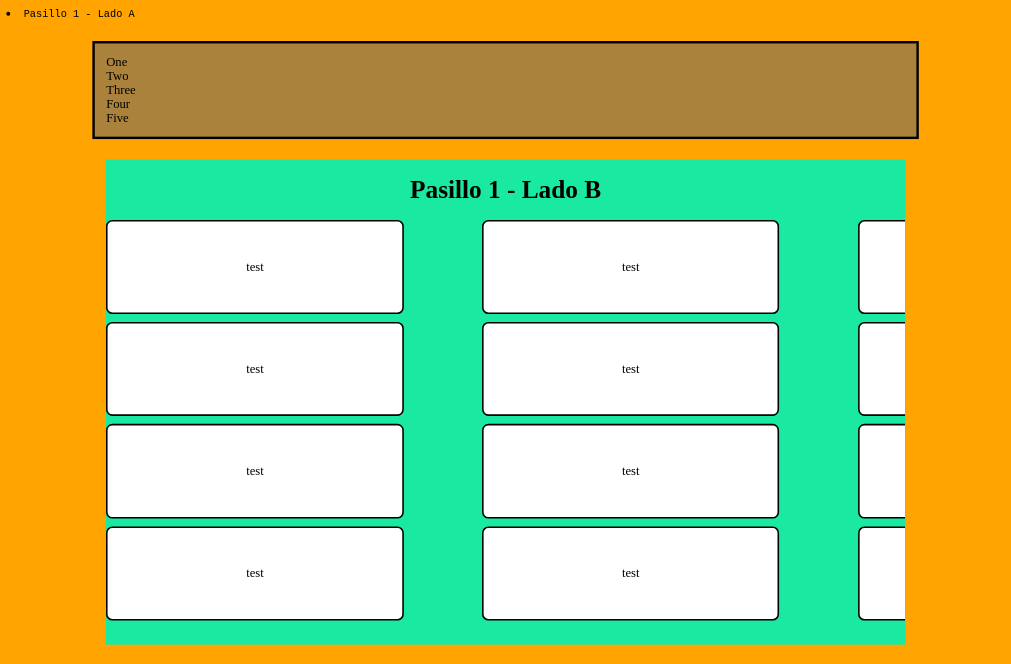
Repository: Franzcod/DepoStock_Web
Page: index.html
These files come from the project's save history. The page is drawn as it stood at one moment and after the next save; the edit follows.
The browser window is 1280 px wide. The pictures show the whole page, at 79% of full size.

Above is the page before, as saved 2020-06-07 02:54:53.
Console error: ReferenceError: ur is not defined

### index.html
<!DOCTYPE html>
<html lang="en">
<head>
    <meta charset="UTF-8">
    <meta name="viewport" content="width=device-width, initial-scale=1.0">
    <title>Deposito Probusol</title>

    <link rel="stylesheet" href="estilo/estilo.css">
</head>
<body>

    <li><code>Pasillo 1 - Lado A</code>
        <div id="div2">
            <div class="wrapper">
                <div class="box1">One</div>
                <div class="box2">Two</div>
                <div class="box3">Three</div>
                <div class="box4">Four</div>
                <div class="box5">Five</div>
            </div>
        </div>
    </li>

    <div class="app">
        <h1>Pasillo 1 - Lado B</h1>

        <ul class="hs">
            <li class="item">test</li>
            <li class="item">test</li>
            <li class="item">test</li>
            <li class="item">test</li>
            <li class="item">test</li>
            <li class="item">test</li>
            <li class="item">test</li>
            <li class="item">test</li>
            <li class="item">test</li>
            <li class="item">test</li>
            <li class="item">test</li>
            <li class="item">test</li>

        </ul>

        <!-- <div class="container">
            <div class="item">
            <h3>Block for context</h3>
            </div>
        </div> -->
    </div>






    <script>ur</script>

</body>







</html>

### estilo/estilo.css
html{
    background-color: rgba(255, 164, 0, 1);
}

#div2 {
    border: 3px solid black;
    width:  80%;
    height: 40%;
    margin: 2vw auto;
    padding: 2vh 2vh;
    background-color: rgba(105, 105, 105, 0.565);
}

#div2 { overflow-x: scroll;}

:root {
--gutter: 20px;
}

.app {
padding: var(--gutter) 0;
display: grid;
grid-gap: var(--gutter) 0;
/* grid-template-columns: var(--gutter) 1fr var(--gutter); */
align-content: start;
}

/* .app > * {
grid-column: 2 / 2;
} */
/*
.app > .full {
grid-column: 1 / -1;
} */

.hs {
    display: grid;
    grid-gap: calc(var(--gutter) / 2);
    grid-template-columns: repeat(3, calc(50% - var(--gutter) * 2));
    grid-template-rows: minmax(7vw, 1fr);

    overflow-x: scroll;
    /* scroll-snap-type: x proximity; */
    padding-bottom: calc(.75 * var(--gutter));
    margin-bottom: calc(-.25 * var(--gutter));

}

/* Demo styles */

ul {
    list-style: none;
    padding: 0;
    margin: 0;
}

h1,
h2,
h3 {
    margin: auto;
}

.app {
    width: 80%;
    height: 30%;
    background: rgb(26, 233, 161);
    overflow-y: scroll;
    margin: 2vw auto;

}

.hs > li,
.item {
    scroll-snap-align: center;
    /* padding: calc(var(--gutter) / 1 ); */
    display: flex;
    flex-direction: column;
    justify-content: center;
    align-items: center;
    background: #fff;
    border: 2px solid black;
    border-radius: 8px;
    height: 9vw;
    width: 80%;

}

After the next save:
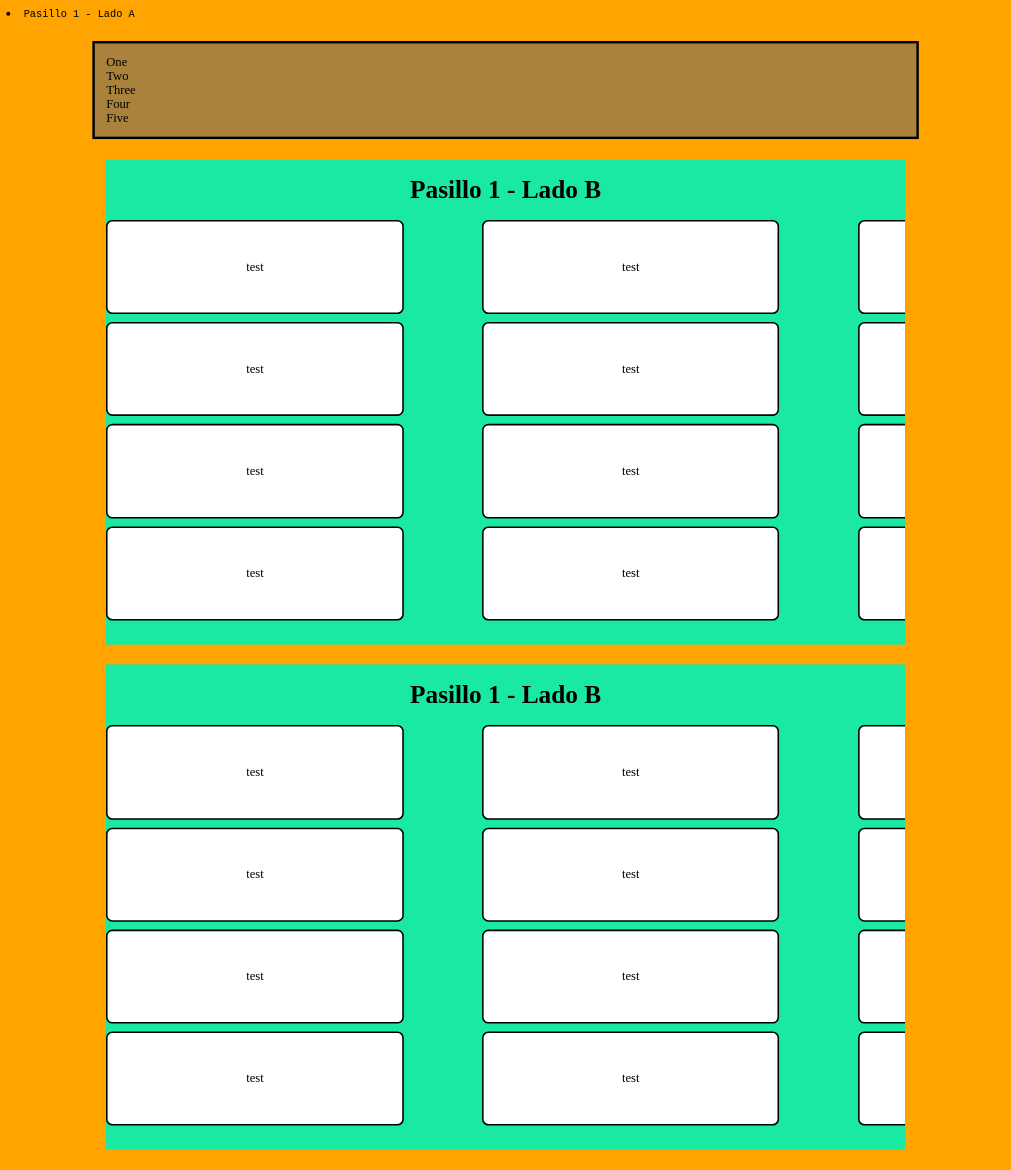
Saved 99 s later.
--- a/index.html
+++ b/index.html
@@ -47,6 +47,32 @@
         </div> -->
     </div>
 
+    <div class="app">
+        <h1>Pasillo 1 - Lado B</h1>
+
+        <ul class="hs">
+            <li class="item">test</li>
+            <li class="item">test</li>
+            <li class="item">test</li>
+            <li class="item">test</li>
+            <li class="item">test</li>
+            <li class="item">test</li>
+            <li class="item">test</li>
+            <li class="item">test</li>
+            <li class="item">test</li>
+            <li class="item">test</li>
+            <li class="item">test</li>
+            <li class="item">test</li>
+
+        </ul>
+
+        <!-- <div class="container">
+            <div class="item">
+            <h3>Block for context</h3>
+            </div>
+        </div> -->
+    </div>
+
 
 
 
